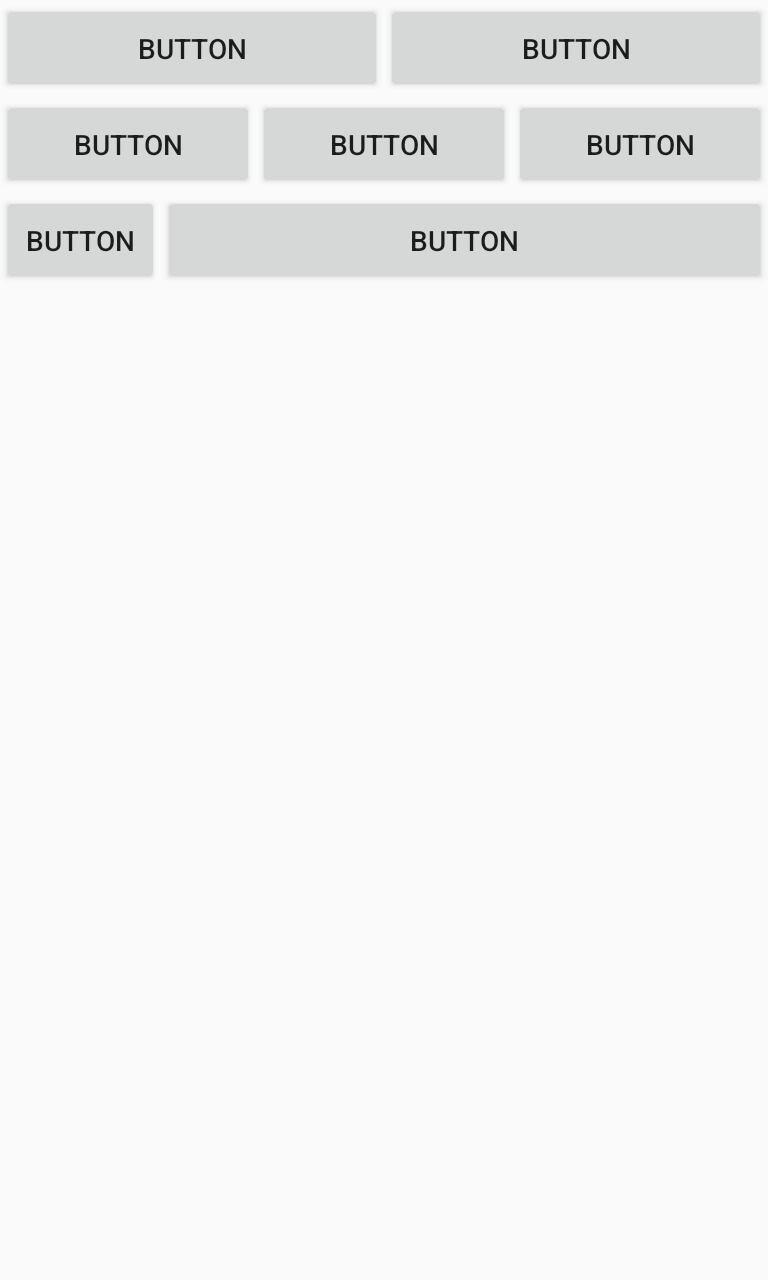
Repository: adarshnair13/my-project
Layout: example1/res/layout/activity_main.xml
The author's editor kept a copy of each file at every save. The layout is drawn from the files as they stood at one save, then again after the next save.
It is drawn on a 768 x 1280 px phone screen (xhdpi) without system bars, with theme AppTheme; the app's code is not run.

Above is the layout before, as saved 2015-02-01 21:15:59.

After the next save:
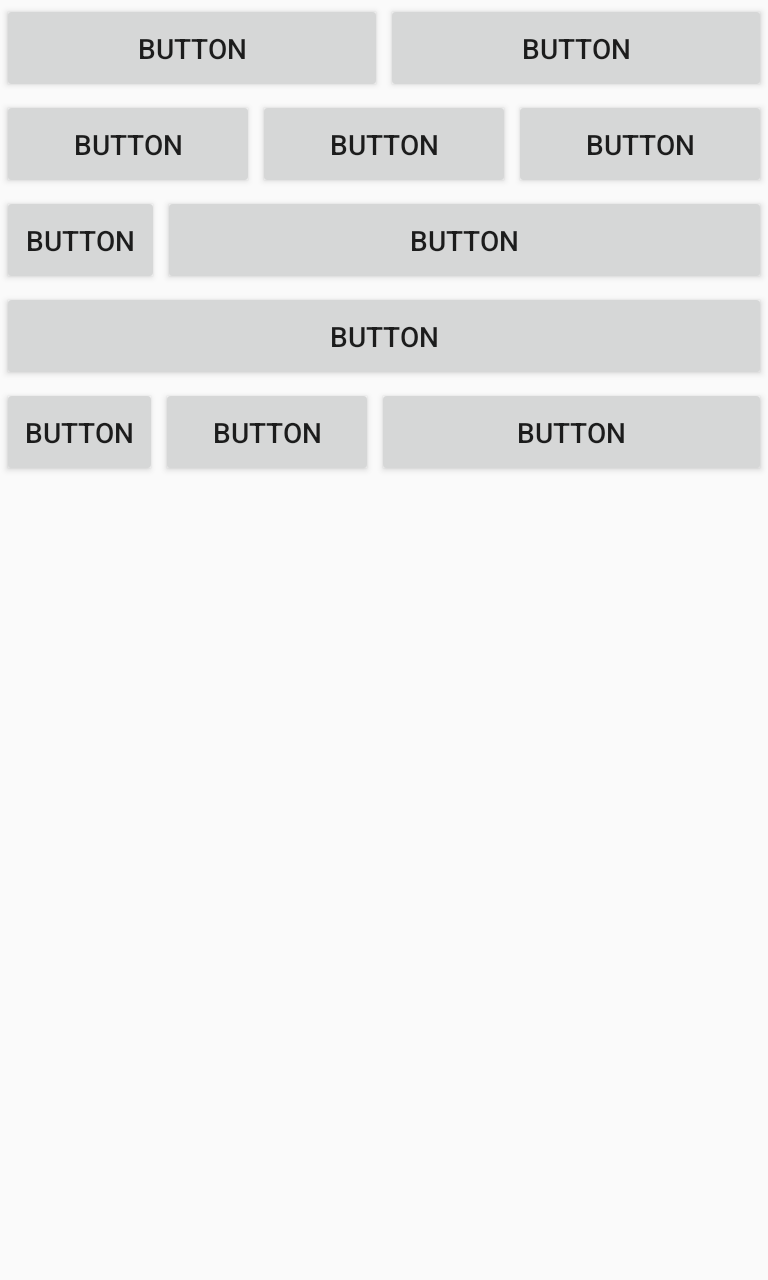
Saved 4 min 45 s later.
--- a/example1/res/layout/activity_main.xml
+++ b/example1/res/layout/activity_main.xml
@@ -81,4 +81,50 @@
 
     </LinearLayout>
 
+    <LinearLayout
+        android:layout_width="match_parent"
+        android:layout_height="wrap_content"
+        android:weightSum="1.0" >
+
+        <Button
+            android:id="@+id/button8"
+            style="?android:attr/buttonStyleSmall"
+            android:layout_width="wrap_content"
+            android:layout_height="wrap_content"
+            android:layout_weight="1.0"
+            android:text="Button" />
+
+    </LinearLayout>
+
+    <LinearLayout
+        android:layout_width="match_parent"
+        android:layout_height="wrap_content"
+        android:weightSum="100.0" >
+
+        <Button
+            android:id="@+id/button9"
+            style="?android:attr/buttonStyleSmall"
+            android:layout_width="wrap_content"
+            android:layout_height="wrap_content"
+            android:layout_weight="1.0"
+            android:text="Button" />
+
+        <Button
+            android:id="@+id/button10"
+            style="?android:attr/buttonStyleSmall"
+            android:layout_width="wrap_content"
+            android:layout_height="wrap_content"
+            android:layout_weight="20.0"
+            android:text="Button" />
+
+        <Button
+            android:id="@+id/button11"
+            style="?android:attr/buttonStyleSmall"
+            android:layout_width="wrap_content"
+            android:layout_height="wrap_content"
+            android:layout_weight="79.0"
+            android:text="Button" />
+
+    </LinearLayout>
+
 </LinearLayout>
